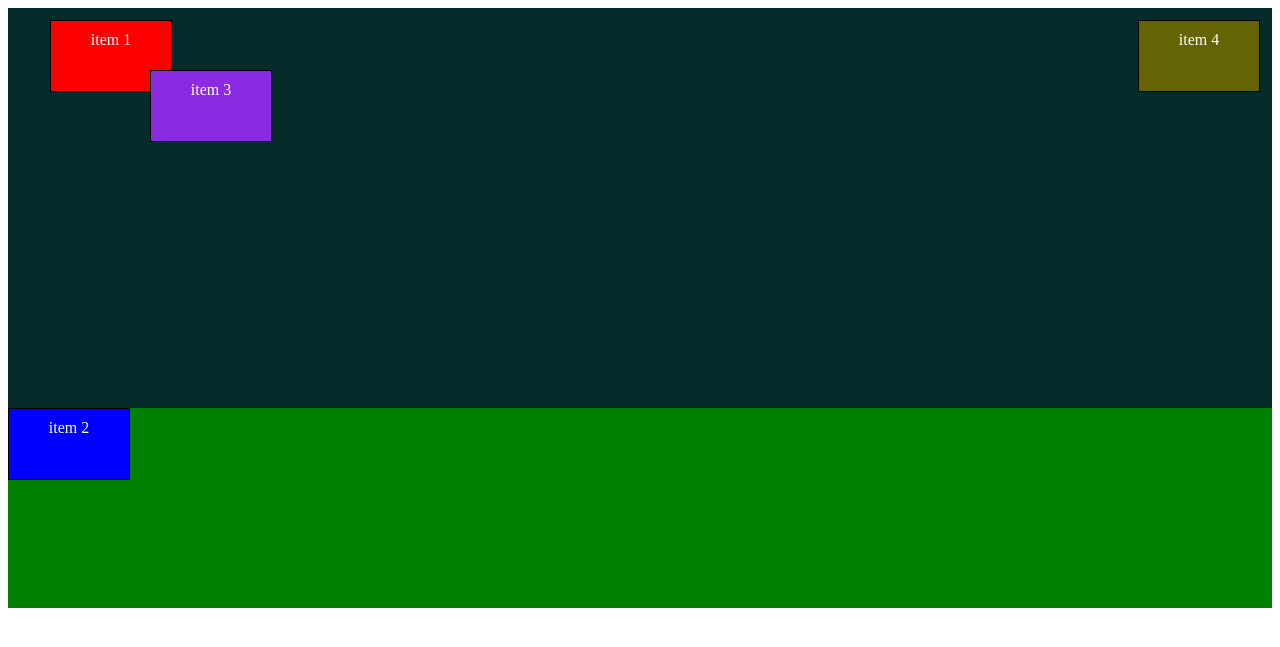
Repository: nmaury/TpsCambodge
Page: InternetProgramming/Css/sample.html
The author's editor kept a copy of each file at every save. The page is drawn from the files as they stood at one save, then again after the next save.
The browser window is 1280 px wide. The pictures show the whole page.

Above is the page before, as saved 2022-12-06 02:49:46.

After the next save:
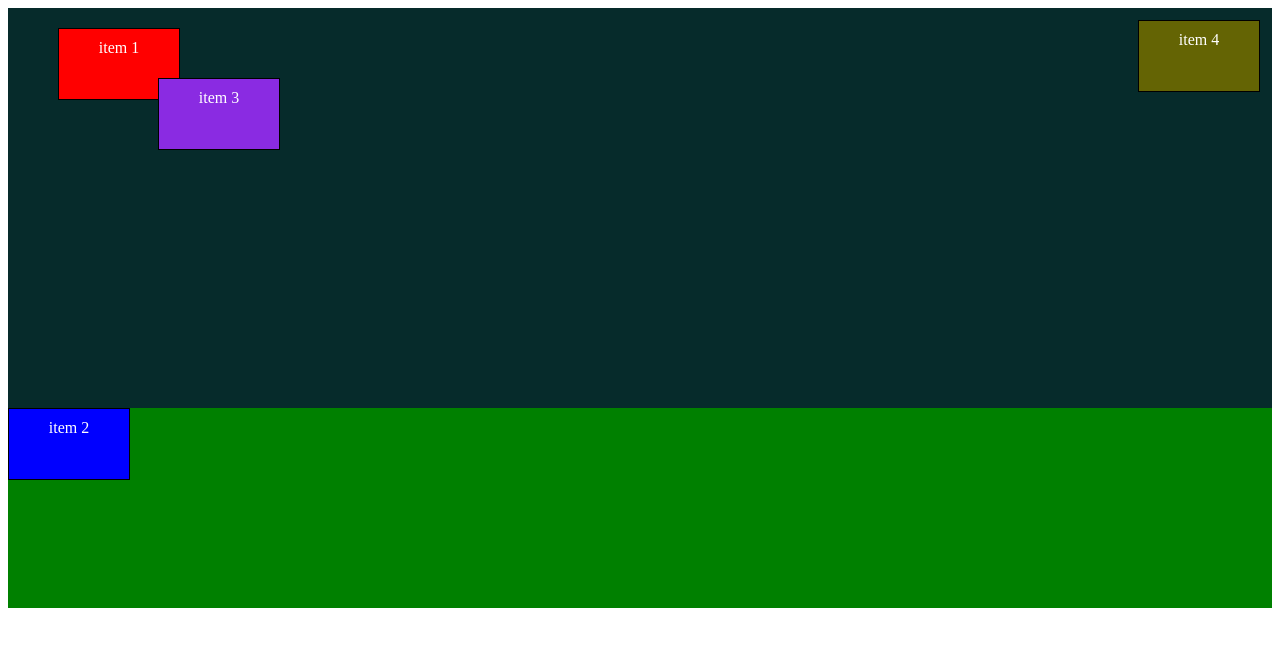
Saved 43 s later.
--- a/InternetProgramming/Css/sample.css
+++ b/InternetProgramming/Css/sample.css
@@ -38,3 +38,6 @@
     width: 100%;
     height: 200px;
 }
+.grand-parent{
+    position: relative;
+}
